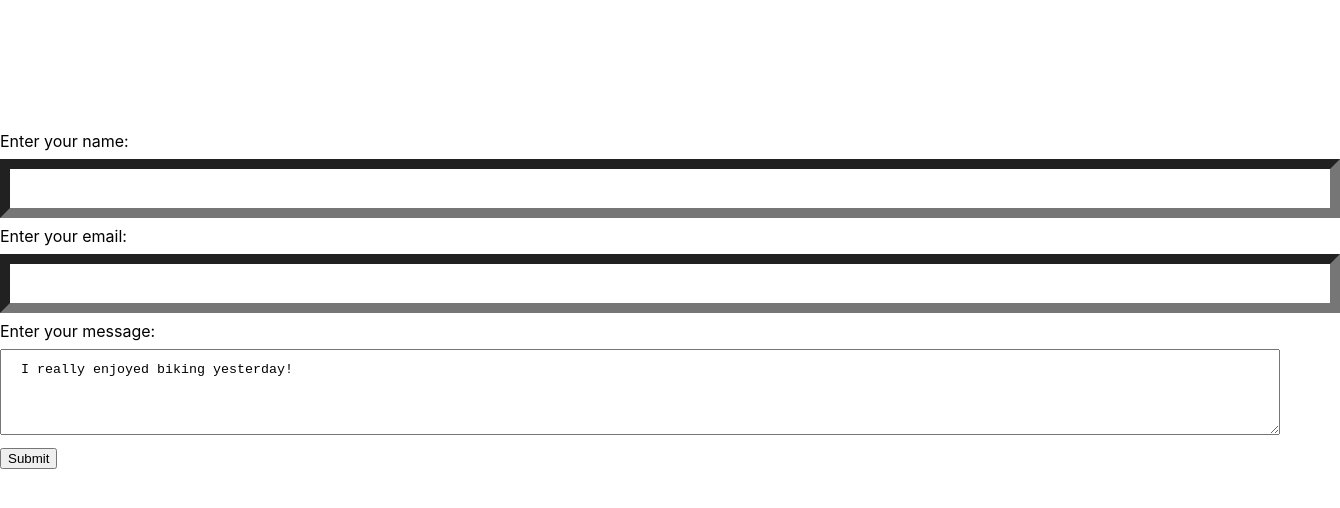
Repository: AddamVictorioDev/ProfileWebsite
Page: /form (app in con/)
These files come from the project's save history. The page is drawn as it stood at one moment and after the next save; the edit follows.
The browser window is 1280 px wide. The page is 1340 px wide, then 1324 px, so the pictures cover 1340 px, including what lies to the right of the window. The pictures show the whole page.
The project was rebuilt for these pictures with package versions that can differ from the ones it lists, and the page was loaded fresh each time. Also part of the build but not shown: con/src/App.css, con/src/home.css, con/src/home.js, con/src/addam.css, con/src/addam.js, con/src/usescripts.js, con/src/projects.js.

Above is the page before, as saved 2023-03-16 18:46:52.

### con/src/index.css
body {
  margin: 0;
  font-family: -apple-system, BlinkMacSystemFont, 'Segoe UI', 'Roboto', 'Oxygen',
    'Ubuntu', 'Cantarell', 'Fira Sans', 'Droid Sans', 'Helvetica Neue',
    sans-serif;
  -webkit-font-smoothing: antialiased;
  -moz-osx-font-smoothing: grayscale;
  /* background-image: url("/Users/addamvictorio/con/src/waterdropwallpp.jpg"); */
  /* background-color: #ffffff; */

}

code {
  font-family: source-code-pro, Menlo, Monaco, Consolas, 'Courier New',
    monospace;
}

### con/src/App.js
import logo from './logo.svg';
import './App.css';
import HomePage from './home';
import Addam from './addam';

import {
  BrowserRouter,
  Routes,
  Route
} from "react-router-dom";
import Projects from './projects';
import MyForm from './form';

function App() {

  return (

    <BrowserRouter>
      <Routes>


      <Route exact path="/" element={<Addam />}  />
      <Route path="projects" element={<Projects />} />
      <Route path="form" element={<MyForm />} />

      </Routes>


  </BrowserRouter>

  );
}

export default App;

### con/src/form.js
import { useState } from 'react';
import ReactDOM from 'react-dom/client';
import './form.css'

function MyForm() {
  const [inputs, setInputs] = useState({});
  const [textarea, setTextarea] = useState(
    "The content of a textarea goes in the value attribute"
  );

  const handleChange = (event) => {
    const name = event.target.name;
    const value = event.target.value;
    setInputs(values => ({...values, [name]: value}))
  }

  const handleSubmit = (event) => {
    event.preventDefault();
    alert(inputs);
  }

  return (
    <div className="center">
    <form onSubmit={handleSubmit}>
      <label>Enter your name:
      <input
        type="text"
        name="username"
        value={inputs.username || ""}
        onChange={handleChange}
      />
      </label>
      <label>Enter your email:
        <input
          type="text"
          name="age"
          value={inputs.age || ""}
          onChange={handleChange}
        />
        </label>
        <label>Enter your message:
        <textarea
        name="postContent"
        defaultValue="I really enjoyed biking yesterday!"
        rows={4}
        cols={40}
      />
        </label>

        <input type="submit" />
    </form>
    </div>
  )
}

export default MyForm;

### con/src/projects.css
.center{
    display: grid;
    justify-content: center;
    align-items: center;


}
.photo-grid {
    display: flex;
    height: 100%;

    border-radius: 10px;
    border-color: black;

    flex-wrap: wrap;
    justify-content: center;
    align-items: center;
    gap: 10px;
    background-color: blueviolet;
  }

  .photo-item {
    height: 100%;


    position: relative;




    overflow: auto;
  }

  img {
    width: 100%;
    height: 100%;


    object-fit: cover;
  }
  .img-text {
    position: absolute;
    width: 100%;
    bottom: 10px;

    color: white;
    background-color: rgb(199, 6, 6);
    padding: 10px;
  }

### con/src/form.css

.container{
    justify-content: center;
    align-items:center;
    background-color: aquamarine;
}

.center{
    display: grid;
    place-items: center;
    height: 600px;

}




input[type=text] {

    width: 100%;
    padding: 12px 20px;
    margin: 8px 0;
    box-sizing: content-box;
    border-width: 10px;
  }
  textarea {

    width: 100%;
    padding: 12px 20px;
    margin: 8px 0;
    box-sizing: border-box;
  }

Loaded but not shown: con/public/index.html (common file); con/src/index.js (common file); con/src/reportWebVitals.js (common file)

After the next save:
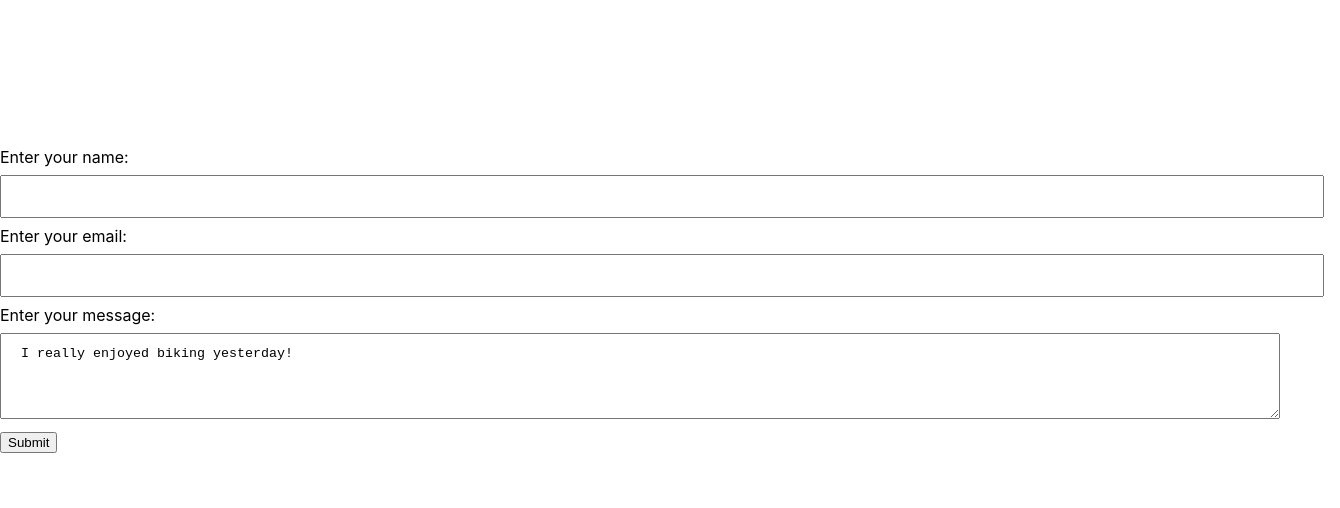
Saved 6 s later.
--- a/con/src/form.css
+++ b/con/src/form.css
@@ -21,7 +21,6 @@ input[type=text] {
     padding: 12px 20px;
     margin: 8px 0;
     box-sizing: content-box;
-    border-width: 10px;
   }
   textarea {
 
